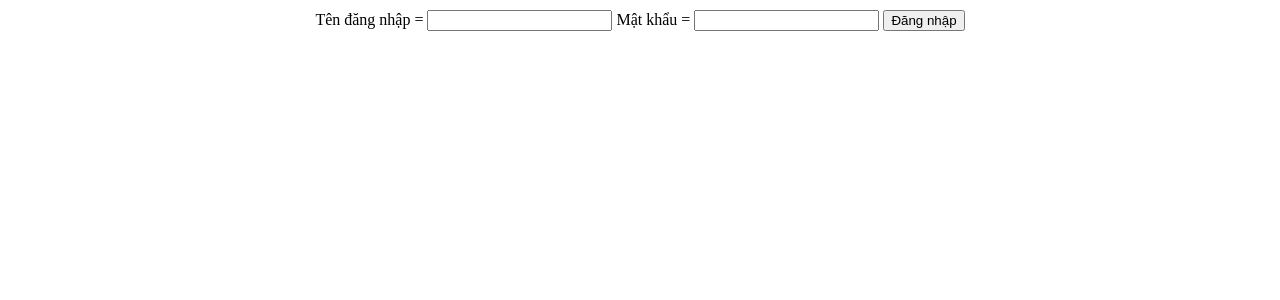
Repository: giakhiem2911/64131000_Web2
Page: Login/src/main/webapp/Login.html
An editor plug-in stored every save of this project. The page is shown before and after the next save, followed by the edit.
The browser window is 1280 px wide. The pictures show the whole page.

Above is the page before, as saved 2025-02-21 04:19:09.

### Login/src/main/webapp/Login.html
<!DOCTYPE html>
<html>
<head>
<meta charset="UTF-8">
<title>Login</title>
</head>
<body>
	<center>
		<form action="Login.jsp" method="post" style="margin: 10px">
			Tên đăng nhập = <input type="text" name="ten">
			Mật khẩu = <input type="password" name="mk">
			<input type="submit" value="Đăng nhập">
		</form>
	</center>
</body>
</html>

After the next save:
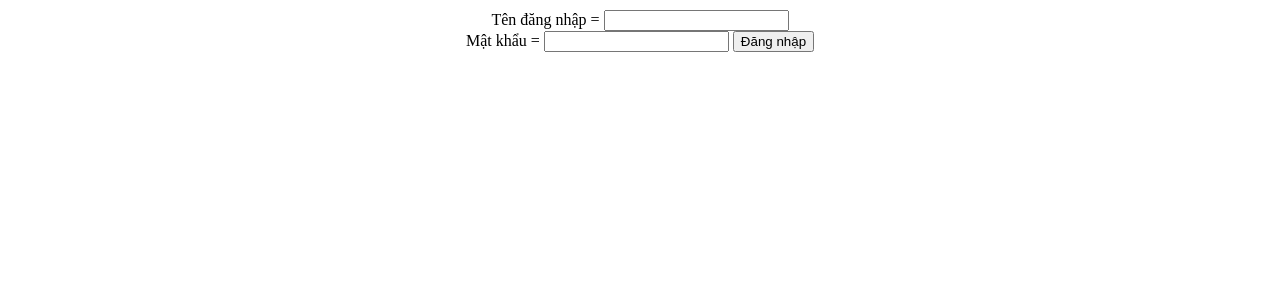
Saved 22 s later.
--- a/Login/src/main/webapp/Login.html
+++ b/Login/src/main/webapp/Login.html
@@ -7,7 +7,7 @@
 <body>
 	<center>
 		<form action="Login.jsp" method="post" style="margin: 10px">
-			Tên đăng nhập = <input type="text" name="ten">
+			Tên đăng nhập = <input type="text" name="ten"></br>
 			Mật khẩu = <input type="password" name="mk">
 			<input type="submit" value="Đăng nhập">
 		</form>
